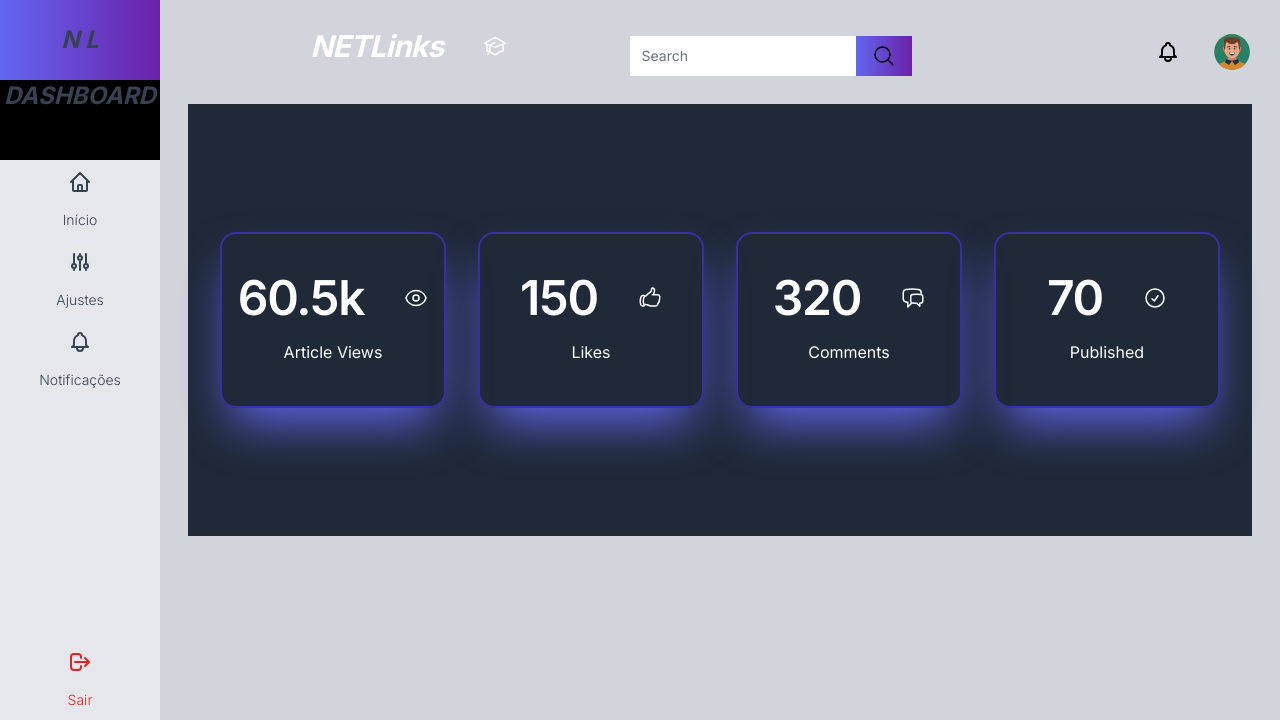
Repository: KennedyWanderson/AdminDashboard
Page: / (app in Code/admindashboard/)
An editor plug-in stored every save of this project. The page is shown before and after a run of saves, followed by the edit.
The browser window is 1280 px wide. The pictures show the whole page.
The project was rebuilt for these pictures with package versions that can differ from the ones it lists, and the page was loaded fresh each time. The framework's server and built-in components were replaced by stand-ins that run in the browser. Also part of the build but not shown: Code/admindashboard/next.config.mjs.

Above is the page before, as saved 2024-06-26 20:09:18.

After the next 2 saves:
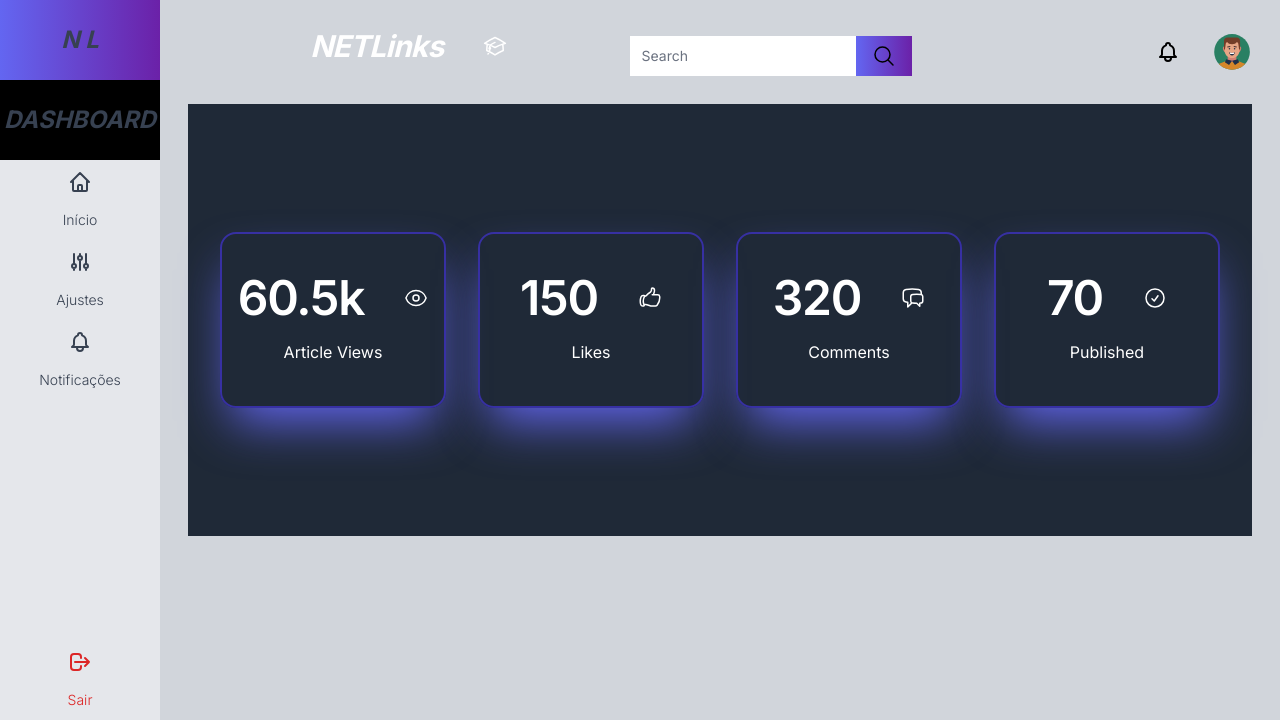
The 2 saves are shown as one change because they came seconds apart.
The last was saved 5 s later.
--- a/Code/admindashboard/src/components/LateralMenu.jsx
+++ b/Code/admindashboard/src/components/LateralMenu.jsx
@@ -20,7 +20,7 @@ export default function LateralMenu({ setActiveComponent }) {
             <div className="flex items-center justify-center w-full h-20 bg-black">
                 <h4 className="font-bold italic text-2xl
                 text-gradient-to-r from-indigo-500 to-purple-800
-                h-20">DASHBOARD</h4>
+                ">DASHBOARD</h4>
             </div>
 
             <ul className="flex-grow">
